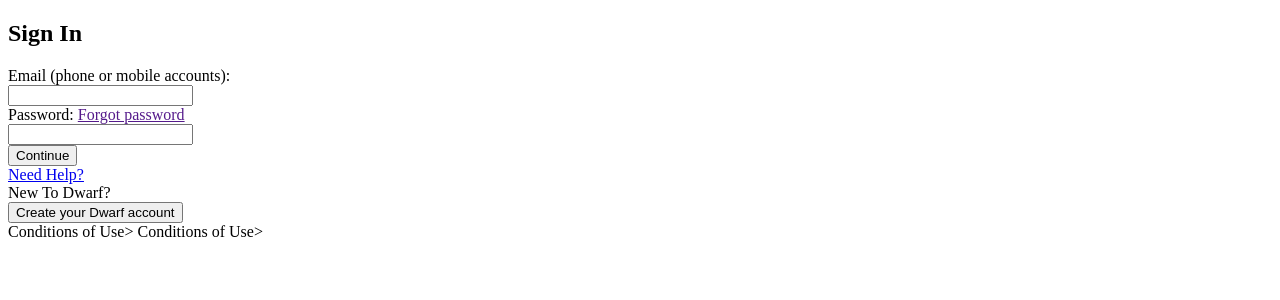
Repository: brittmarie333/replica
Page: index.html
An editor plug-in stored every save of this project. The page is shown before and after the next save, followed by the edit.
The browser window is 1280 px wide. The pictures show the whole page.

Above is the page before, as saved 2023-11-12 18:20:48.

### index.html
<!DOCTYPE html>
<html lang="en">
<head>
    <meta charset="UTF-8">
    <meta name="viewport" content="width=device-width, initial-scale=1.0">
    <title>Log in</title>
</head>
<body>
    <h2>Sign In</h2>
    <form action="/data.php">
        <label for="username">Email (phone or mobile accounts):</label><br>
        <input type="text" id="fname" name="fname"><br>
        <label for="pword">Password: </label> <text align="right"><a href="">Forgot password</a></text><br>
        <input type="text" id="lname" name="lname" ><br>
        <button>Continue</button>
        <br>
        <a href="http">Need Help?</a>
      </form>
      New To Dwarf?
      <br>
      <button id="create">Create your Dwarf account</button>
      <br>
      <a href="http://"></a>Conditions of Use></a>
      <a href="http://"></a>Conditions of Use></a>



</body>
</html>

After the next save:
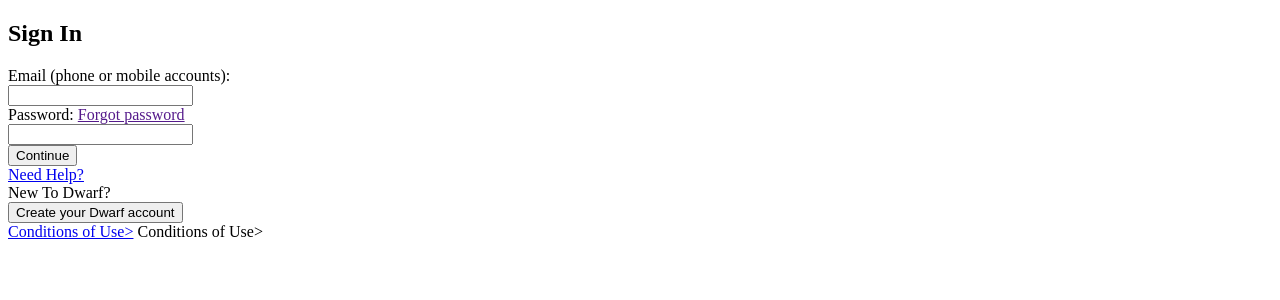
Saved 7 s later.
--- a/index.html
+++ b/index.html
@@ -20,7 +20,7 @@
       <br>
       <button id="create">Create your Dwarf account</button>
       <br>
-      <a href="http://"></a>Conditions of Use></a>
+      <a href="http://">Conditions of Use></a>
       <a href="http://"></a>Conditions of Use></a>
 
 
